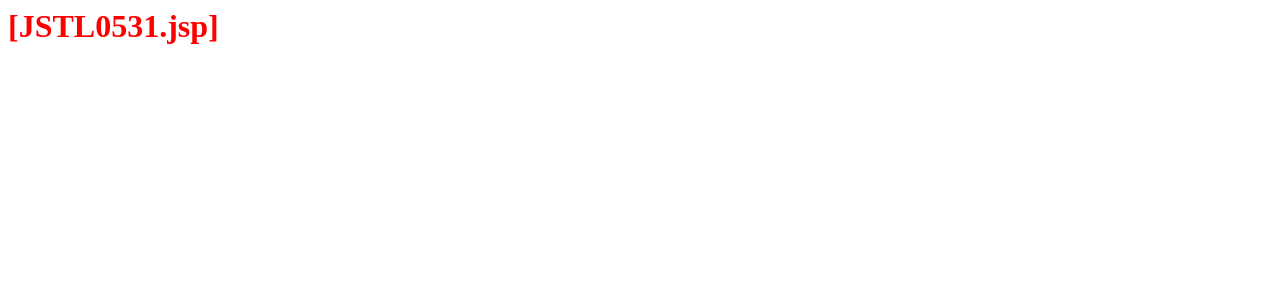
Repository: sorakazae/ITBANK_JSP_101
Page: http://localhost/Web0517/JSTL0531.jsp
The author's editor kept a copy of each file at every save. The page is drawn from the files as they stood at one save, then again after the next save.
The browser window is 1280 px wide. The pictures show the whole page.
The page is served by Tomcat 9.

Above is the page before, as saved 2014-06-01 00:24:21.

### day8/my/Web0517/WebContent/JSTL0531.jsp
<%@ page language="java" contentType="text/html; charset=EUC-KR"
    pageEncoding="EUC-KR"%>

<html>
<head>
<title> [JSTL0531.jsp]</title>
</head>
<body>
 <font size=6 color=red> <b> [JSTL0531.jsp]</b></font>

<%
	int dan=3;
%>

</body>
</html>

After the next save:
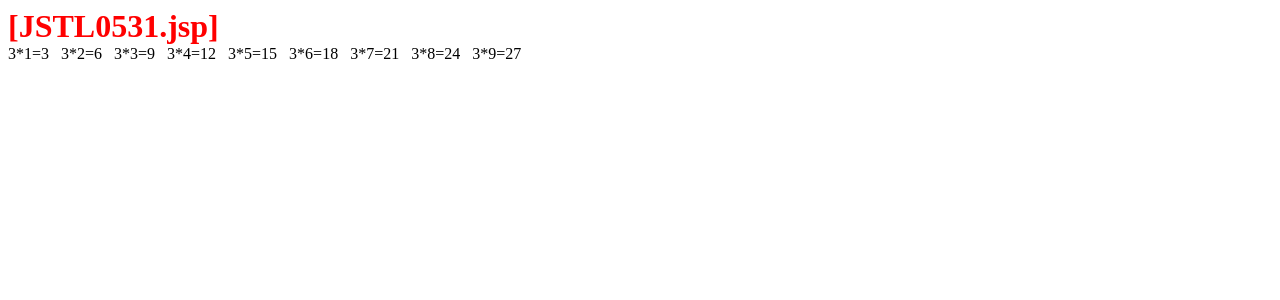
Saved 3 min 56 s later.
--- a/day8/my/Web0517/WebContent/JSTL0531.jsp
+++ b/day8/my/Web0517/WebContent/JSTL0531.jsp
@@ -6,10 +6,13 @@
 <title> [JSTL0531.jsp]</title>
 </head>
 <body>
- <font size=6 color=red> <b> [JSTL0531.jsp]</b></font>
+ <font size=6 color=red> <b> [JSTL0531.jsp]</b></font> <br>
 
 <%
 	int dan=3;
+	for(int i=1; i<10; i++){
+		out.println(dan+"*"+i+"="+(dan*i)+"&nbsp;&nbsp;");
+	}
 %>
 
 </body>
